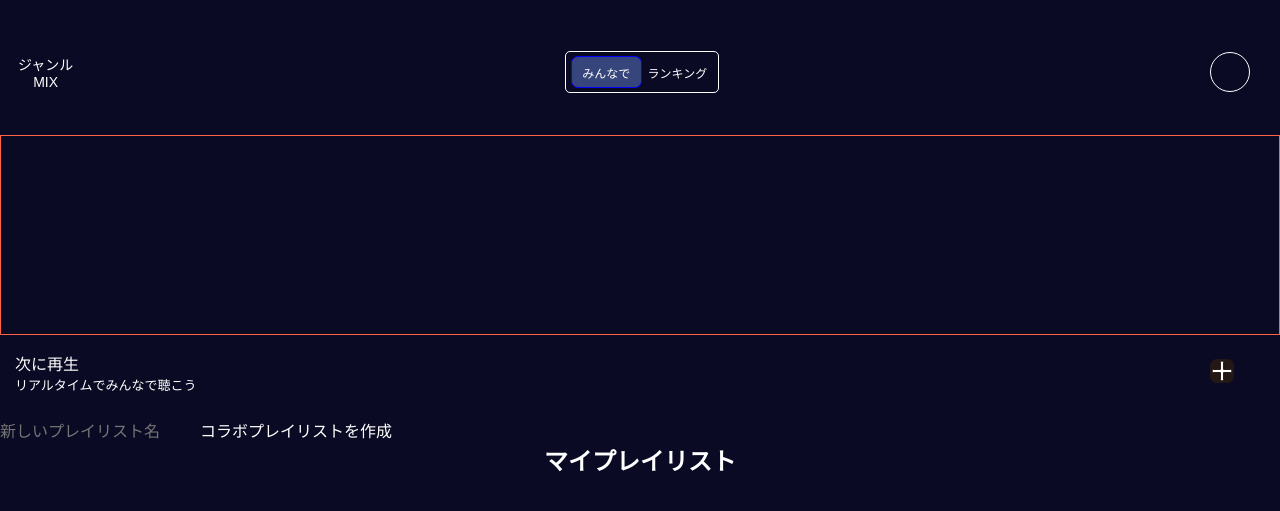
Repository: FujieRyou/2024_team
Page: /LoggedIn
The author's editor kept a copy of each file at every save. The page is drawn from the files as they stood at one save, then again after the next save.
The browser window is 1280 px wide. The pictures show the whole page.
The project was rebuilt for these pictures with package versions that can differ from the ones it lists, and the page was loaded fresh each time. The framework's server and built-in components were replaced by stand-ins that run in the browser. Also part of the build but not shown: next.config.js.

Above is the page before, as saved 2024-01-16 16:31:04.

### src/pages/_app.jsx
import "@/styles/ress.css"
import '@/styles/index.css'

export default function App({ Component, pageProps }) {
  return <Component {...pageProps} />
}

### src/pages/LoggedIn.jsx
import React, { useState,useEffect } from 'react';
import {getPlaylists , createCollaboPlaylist} from "./spotify"

function LoggedIn ({token}){
    const [playlists, setPlaylists] = useState([]);
    const [newPlaylistName, setNewPlaylistName] = useState('');
    const [userId, setUserId] = useState(null);
    useEffect(() => {
        if (token) {
            // ユーザーIDを取得
            getCurrentUserId(token).then(setUserId);
            // プレイリストを取得
            getPlaylists(token).then(data => setPlaylists(data.items));
        }
    }, [token]);

    const handleCreatePlaylist = async () => {
        if (!newPlaylistName || !userId) return;
        const newPlaylist = await createCollaboPlaylist(token, userId, newPlaylistName);
        setPlaylists([...playlists, newPlaylist]);
        setNewPlaylistName('');
    };

    return(
    <div id="container_wrap">
        <header>
            <div><p className='genre_wrap'>ジャンル<br/>MIX</p></div>
            <div className="switchingBtn">
                <div className="everyone">みんなで</div>
                <div className="ranking">ランキング</div>
            </div>
            <div className='myPageIcon'>
                <a href="">
                    <img src="" alt="" />
                </a>
            </div>
        </header>
        <div id="main_img">
            <div className="scrollContent">
                <div className="scrollWrap">
                </div>
            </div>

        </div>
        <div id="maincontent_wrap">
            <div id="addition_wrap">
                    <p className='addition'>次に再生<br/><span>リアルタイムでみんなで聴こう</span></p>
                    <a href="">
                        <img src="./img/plusBtn.svg" alt="" />
                    </a>
            </div>
            <div>
                <input type="text" value={newPlaylistName} onChange={(e) => setNewPlaylistName(e.target.value)} placeholder="新しいプレイリスト名" />
                <button onClick={handleCreatePlaylist}>コラボプレイリストを作成</button>
            </div>
            <div id="playlist_wrap">
                <h2>マイプレイリスト</h2>
                <ul>
                    {playlists.map(playlist => (
                        <li key={playlist.id}>
                        <div>{playlist.name}</div>
                        {/* プレイリスト編集機能をここに追加 */}
                        </li>
                    ))}
                </ul>
            </div>
            {/* <div id="songContent_wrap">
                <p className="song_num">1</p>
                <div id="song_wrap">
                    <div className="song_img">
                    </div>
                    <div id="singer_wrap">
                        <p className="songtitle">higher</p>
                        <p className="singer">¥ellow Bucks</p>
                    </div>
                </div>
                <div className='contributor'>
                    <img src="" alt="" />
                    <p>ナナシ</p>
                </div>
                <img src="./img/detailBtn.svg" alt="" />
            </div> */}
        </div>
    </div>
    )
}

export default LoggedIn;

### src/styles/ress.css
/*!
 * ress.css • v4.0.0
 * MIT License
 * github.com/filipelinhares/ress
 */

/* # =================================================================
   # Global selectors
   # ================================================================= */

   html {
    box-sizing: border-box;
    -webkit-text-size-adjust: 100%; /* Prevent adjustments of font size after orientation changes in iOS */
    word-break: normal;
    -moz-tab-size: 4;
    tab-size: 4;
  }

  *,
  ::before,
  ::after {
    background-repeat: no-repeat; /* Set `background-repeat: no-repeat` to all elements and pseudo elements */
    box-sizing: inherit;
  }

  ::before,
  ::after {
    text-decoration: inherit; /* Inherit text-decoration and vertical align to ::before and ::after pseudo elements */
    vertical-align: inherit;
  }

  * {
    padding: 0; /* Reset `padding` and `margin` of all elements */
    margin: 0;
  }

  /* # =================================================================
     # General elements
     # ================================================================= */

  hr {
    overflow: visible; /* Show the overflow in Edge and IE */
    height: 0; /* Add the correct box sizing in Firefox */
    color: inherit; /* Correct border color in Firefox. */
  }

  details,
  main {
    display: block; /* Render the `main` element consistently in IE. */
  }

  summary {
    display: list-item; /* Add the correct display in all browsers */
  }

  small {
    font-size: 80%; /* Set font-size to 80% in `small` elements */
  }

  [hidden] {
    display: none; /* Add the correct display in IE */
  }

  abbr[title] {
    border-bottom: none; /* Remove the bottom border in Chrome 57 */
    /* Add the correct text decoration in Chrome, Edge, IE, Opera, and Safari */
    text-decoration: underline;
    text-decoration: underline dotted;
  }

  a {
    background-color: transparent; /* Remove the gray background on active links in IE 10 */
  }

  a:active,
  a:hover {
    outline-width: 0; /* Remove the outline when hovering in all browsers */
  }

  code,
  kbd,
  pre,
  samp {
    font-family: monospace, monospace; /* Specify the font family of code elements */
  }

  pre {
    font-size: 1em; /* Correct the odd `em` font sizing in all browsers */
  }

  b,
  strong {
    font-weight: bolder; /* Add the correct font weight in Chrome, Edge, and Safari */
  }

  /* https://gist.github.com/unruthless/413930 */
  sub,
  sup {
    font-size: 75%;
    line-height: 0;
    position: relative;
    vertical-align: baseline;
  }

  sub {
    bottom: -0.25em;
  }

  sup {
    top: -0.5em;
  }

  table {
    border-color: inherit; /* Correct border color in all Chrome, Edge, and Safari. */
    text-indent: 0; /* Remove text indentation in Chrome, Edge, and Safari */
  }

  /* # =================================================================
     # Forms
     # ================================================================= */

  input {
    border-radius: 0;
  }

  /* Replace pointer cursor in disabled elements */
  [disabled] {
    cursor: default;
  }

  [type='number']::-webkit-inner-spin-button,
  [type='number']::-webkit-outer-spin-button {
    height: auto; /* Correct the cursor style of increment and decrement buttons in Chrome */
  }

  [type='search'] {
    -webkit-appearance: textfield; /* Correct the odd appearance in Chrome and Safari */
    outline-offset: -2px; /* Correct the outline style in Safari */
  }

  [type='search']::-webkit-search-decoration {
    -webkit-appearance: none; /* Remove the inner padding in Chrome and Safari on macOS */
  }

  textarea {
    overflow: auto; /* Internet Explorer 11+ */
    resize: vertical; /* Specify textarea resizability */
  }

  button,
  input,
  optgroup,
  select,
  textarea {
    font: inherit; /* Specify font inheritance of form elements */
  }

  optgroup {
    font-weight: bold; /* Restore the font weight unset by the previous rule */
  }

  button {
    overflow: visible; /* Address `overflow` set to `hidden` in IE 8/9/10/11 */
  }

  button,
  select {
    text-transform: none; /* Firefox 40+, Internet Explorer 11- */
  }

  /* Apply cursor pointer to button elements */
  button,
  [type='button'],
  [type='reset'],
  [type='submit'],
  [role='button'] {
    cursor: pointer;
    color: inherit;
  }

  /* Remove inner padding and border in Firefox 4+ */
  button::-moz-focus-inner,
  [type='button']::-moz-focus-inner,
  [type='reset']::-moz-focus-inner,
  [type='submit']::-moz-focus-inner {
    border-style: none;
    padding: 0;
  }

  /* Replace focus style removed in the border reset above */
  button:-moz-focusring,
  [type='button']::-moz-focus-inner,
  [type='reset']::-moz-focus-inner,
  [type='submit']::-moz-focus-inner {
    outline: 1px dotted ButtonText;
  }

  button,
  html [type='button'], /* Prevent a WebKit bug where (2) destroys native `audio` and `video`controls in Android 4 */
  [type='reset'],
  [type='submit'] {
    -webkit-appearance: button; /* Correct the inability to style clickable types in iOS */
  }

  /* Remove the default button styling in all browsers */
  button,
  input,
  select,
  textarea {
    background-color: transparent;
    border-style: none;
  }

  a:focus,
  button:focus,
  input:focus,
  select:focus,
  textarea:focus {
    outline-width: 0;
  }

  /* Style select like a standard input */
  select {
    -moz-appearance: none; /* Firefox 36+ */
    -webkit-appearance: none; /* Chrome 41+ */
  }

  select::-ms-expand {
    display: none; /* Internet Explorer 11+ */
  }

  select::-ms-value {
    color: currentColor; /* Internet Explorer 11+ */
  }

  legend {
    border: 0; /* Correct `color` not being inherited in IE 8/9/10/11 */
    color: inherit; /* Correct the color inheritance from `fieldset` elements in IE */
    display: table; /* Correct the text wrapping in Edge and IE */
    max-width: 100%; /* Correct the text wrapping in Edge and IE */
    white-space: normal; /* Correct the text wrapping in Edge and IE */
    max-width: 100%; /* Correct the text wrapping in Edge 18- and IE */
  }

  ::-webkit-file-upload-button {
    /* Correct the inability to style clickable types in iOS and Safari */
    -webkit-appearance: button;
    color: inherit;
    font: inherit; /* Change font properties to `inherit` in Chrome and Safari */
  }

  /* # =================================================================
     # Specify media element style
     # ================================================================= */

  img {
    border-style: none; /* Remove border when inside `a` element in IE 8/9/10 */
  }

  /* Add the correct vertical alignment in Chrome, Firefox, and Opera */
  progress {
    vertical-align: baseline;
  }

  /* # =================================================================
     # Accessibility
     # ================================================================= */

  /* Specify the progress cursor of updating elements */
  [aria-busy='true'] {
    cursor: progress;
  }

  /* Specify the pointer cursor of trigger elements */
  [aria-controls] {
    cursor: pointer;
  }

  /* Specify the unstyled cursor of disabled, not-editable, or otherwise inoperable elements */
  [aria-disabled='true'] {
    cursor: default;
  }

### src/styles/index.css
html,body{
    width: 100vw;
    height: 100vh;
    background-color: #0A0A24;
    color: #fff;
}

nav{
    width: 100%;
    height: 81px;
    display: flex;
    justify-content: space-around;
    position: fixed;
    bottom: 0px;
    background-color: #0A0A24;
    border-top: solid 1px #8E8E8E;
}

.iconWrap{
    display: flex;
    flex-direction: column;
    align-items: center;
    justify-content: center;
}

.iconWrap a{
    display: flex;
    flex-direction: column;
    align-items: center;
    justify-content: center;
    text-decoration: none;
}

.iconWrap p{
    font-size: 10px;
    margin-top: 4px;
    color: #fff;
}

.loginWrap{
    width: 100vw;
    height: 100vh;
    padding-top: 200px;
}

.indexWrap{
    width: 100%;
    height: 100%;
}

/* h2{
    font-size: 64px;
    text-align: center;
    font-family: sans-serif;
    padding-top: 30px;
} */

.appName{
    font-size: 64px;
    text-align: center;
    font-family: sans-serif;
    padding-top: 30px;
    margin-top: 30px;
    color: #fff;
}

.signBtnWrap{
    width: 100%;
    height: auto;
}

.signBtn{
    display: flex;
    align-items: center;
    justify-content: center;
    width: 200px;
    height: 54px;
    border-radius: 30px;
    background-color: rgb(65, 243, 65);
    font-size: 16px;
    /* box-shadow: 3px 1px 3px 1px rgb(235, 235, 235); */
    margin: 0 auto;
    margin-top: 280px;
    color: #000;
    text-decoration: none;
}

.logoBox{
    width: 64px;
    height: 64px;
    background-color: gray;
    color: #fff;
    margin: 0 auto;
    display: flex;
    justify-content: center;
    align-items: center;
}

h2{
    text-align: center;
}

.searchWrap{
    margin-top: 69px;
    margin-bottom: 11px;
    padding: 0px 13px;
}

.searchTxt{
    width: 100%;
    height: 40px;
    border: solid 1px #000;
    background-color: #28376C;
    color: #fff;
    padding: 7px 18px;
    border-radius: 13px;

}

.searchBtn{
    width: 64px;
    height: 32px;
    background-color: aquamarine;
}

.searchResults{
    display: flex;
    gap: 8px;
    width: 100%;
    height: 88px;
    padding: 8px;
    overflow: hidden;
}

.searchResultsImg{
    width: 80px;
    height: 80px;
}

.searchResultsTxt p{
    width: 288px;
    font-size: 14px;
}

.genreWrap{
    padding: 0px 21px;
}

.genreWrap p{
    padding-left: 74px;
    margin-bottom: 12px;
}

.genruBtnWrap{
    display: flex;
    flex-wrap: wrap;
    padding: 0px 8px;
    gap: 16px 12px;
    margin: 0 auto;
}

.genruBtnWrap > button{
    width: 172px;
    height: 86px;
    background-color: #F42C2C;
    border-radius: 10px;
}

header{
    display: flex;
    align-items: center;
    justify-content: space-between;
    padding: 51px 30px 42px 18px;
}

.genre_wrap{
    color: #fff;
    font-size: 14px;
    text-align: center;
    font-family: 'Noto Sans JP', sans-serif;
}

/* MIX */
#mix_wrap{
    font-size: 25px;
    font-family:Impact, Haettenschweiler, 'Arial Narrow Bold', sans-serif;
    margin-left: 25px;
}

/*genre btn*/
.switchingBtn{
    display: flex;
    justify-content: center;
    align-items: center;
    width: 154px;
    height: 42px;
    border: solid 1px #fff;
    border-radius: 5px;
    text-align: center;
    padding: 0px 5px;
}

.everyone{
    width: 80%;
    height: 80%;
    display: flex;
    align-items: center;
    justify-content: center;
    border: solid 1px #0500FF;
    border-radius: 7px;
    background-color: #36457B;
    font-size: 12px;
    font-family:  'Noto Sans JP', sans-serif;
}

.ranking{
    width: 80%;
    height: 80%;
    display: flex;
    align-items: center;
    justify-content: center;
    border-radius: 7px;
    font-size: 12px;
    font-family:  'Noto Sans JP', sans-serif;;
}

.myPageIcon{
    width: 40px;
    height: 40px;
    border-radius: 20px;
    border: solid 1px #fff;
}


/*main*/
#main_img{
    width: 100%;
    height: 200px;
    border: solid 1px tomato;
    margin: 0 auto;

}

/*見出し*/
#addition_wrap{
    width: 100%;
    margin-top: 16px;
    margin-bottom: 24px;
    padding: 0px 46px 0px 15px;
    display: flex;
    align-items: center;
    justify-content: space-between;
}
.addition{
    font-size: 16px;
    font-family:  'Noto Sans JP', sans-serif;
}
.addition > span{
    font-size: 13px;
}
.dli-plus {
    display: inline-block;
    vertical-align: middle;
    justify-content: center;
    color: #fff;
    line-height: 20px;
    width: 1.5rem;
    height:0.15rem;
    background: #efefef;
    border-radius: 1rem;
    position: relative;
    top:24px;
    left:10px;
}

.dli-plus::before {
    content: '';
    position: absolute;
    top: 0;
    left: 0;
    width: 100%;
    height: 100%;
    background: inherit;
    border-radius: inherit;
    transform: rotate(90deg);

}
#addition_wrap{
    display: flex;
}
#addition_wrap  .back{
    display: block;
    background: #231815;
    width: 35px;
    height:35px;
    border-radius: 25%;
    margin-right: 50px;
}
.addition-text{
    font-size: 30px;
    font-family:'Noto Sans JP', sans-serif;

}

/*music list*/
#songContent_wrap{
    display: flex;
    width: 100%;
    justify-content: space-between;
    align-items: center;
    margin-bottom: 15px;
    padding: 0px 32px 0px 22px;
}

.song_num{
    font-size: 20px;
}

#song_wrap{
    display: flex;
    justify-content: center;
    align-items: center;
    gap: 10px;
}


.song_img{
    border: solid 1px skyblue;
    width: 70px;
    height: 70px;
}

.songtitle{
    font-size: 16px;
}
.singer{
    font-size: 14px;
}

.contributor{
    display: flex;
}
.contributor > img{
    width: 17px;
    height: 17px;
    border-radius: 20px;
    margin-right: 6px;
}
.contributor > p{
    font-size: 11px;
}

.button_wrap{
    display: flex;
    flex-direction: column;
}
.button{
    width: 20px;
    height: 20px;
    border-radius: 50%;
    background-color: #d9d9d9;
    display: flex;
    justify-content: center;
}

.button p{
    display: flex;
    justify-content: center;
    align-items: center;
    text-align: center;
    gap: 3px;
}

.button p span{
    width: 3px;
    height: 3px;
    border-radius: 50%;
    background-color: #000;

}

### src/pages/spotify.jsx
export const  authEndpoint = "https://accounts.spotify.com/authorize";

const redirectUri = "http://localhost:3000";

const clientId = "0a3e36eee74549849ad025c8cf1c4a2e";

const scopes = [
    "user-read-currently-playing",
    "user-read-recently-played",
    "user-read-playback-state",
    "user-top-read",
    "user-modify-playback-state",
    "playlist-read-private",
    "app-remote-control",
    "streaming",
    "playlist-read-collaborative",
];

export const getTokenFromUrl = () =>{
    return window.location.hash
    .substring(1)
    .split("&")
    .reduce((initial, item)=>{
        let parts = item.split("=")
        initial[parts[0]] = decodeURIComponent(parts[1])
        return initial
    },{})
}

export const accessUrl = `${authEndpoint}?client_id=${clientId}&redirect_uri=${redirectUri}&scope=${scopes}&response_type=token&show_dialog=true`

export const getPlaylists = async (token) => {
    const response = await fetch(`https://api.spotify.com/v1/users/${userId}/playlists`, {
    headers: {
        'Authorization': `Bearer ${token}`
    }
    });
    return response.json();
};

export const createCollaboPlaylist = async(token, userId, name) =>{
    const response = await fetch(`https://api.spotify.com/v1/users/${userId}/playlists`,{
        method: 'POST',
        headers: {
            'Authorization': `Bearer ${token}`,
            'Content-Type': 'application/json'
        },
        body:JSON.stringify({
            name: name,
            pulic: false,
            collaborative: true
        })
    });
    return response.json();
}

export const searchTracks = async (token, query) => {
    try {
        const response = await fetch(`https://api.spotify.com/v1/search?q=${query}&type=track`, {
        method: 'GET',
        headers: {
            'Authorization': `Bearer ${token}`,
            'Content-Type': 'application/json',
        },
    });
    if (response.ok) {
        const data = await response.json();
        return data.tracks.items; // 曲のリストを返す
    } else {
        throw new Error('Failed to fetch tracks');
    }
    } catch (error) {
        console.error('Error searching tracks:', error);
        throw error;
    }
};

Loaded but not shown: src/pages/_document.jsx (common file)

After the next save:
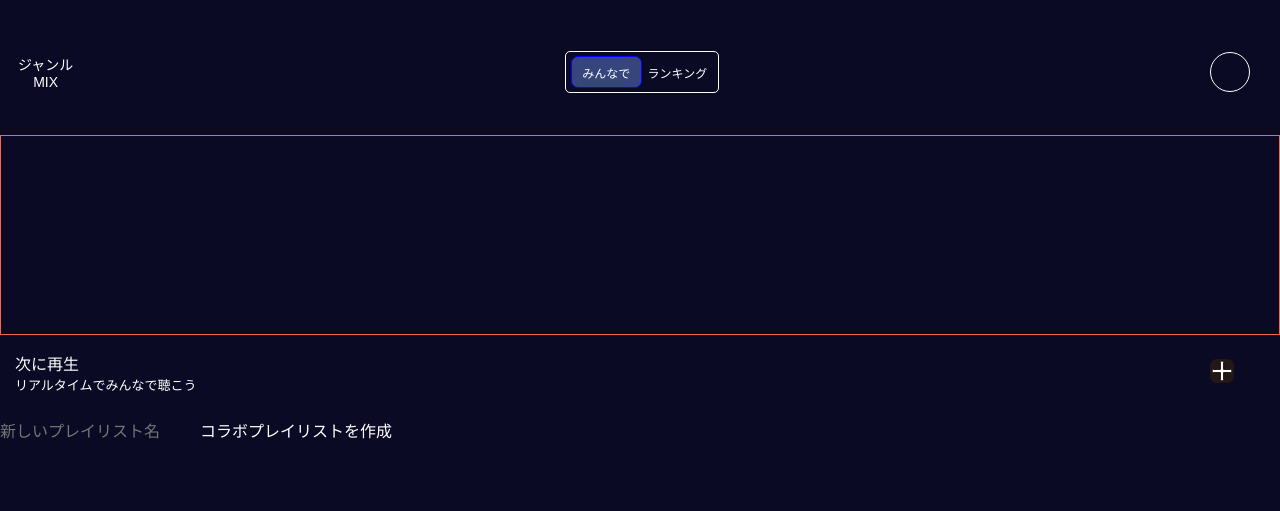
Saved 47 min 2 s later.
--- a/src/pages/LoggedIn.jsx
+++ b/src/pages/LoggedIn.jsx
@@ -54,7 +54,6 @@
                 <button onClick={handleCreatePlaylist}>コラボプレイリストを作成</button>
             </div>
             <div id="playlist_wrap">
-                <h2>マイプレイリスト</h2>
                 <ul>
                     {playlists.map(playlist => (
                         <li key={playlist.id}>

After the save that followed:
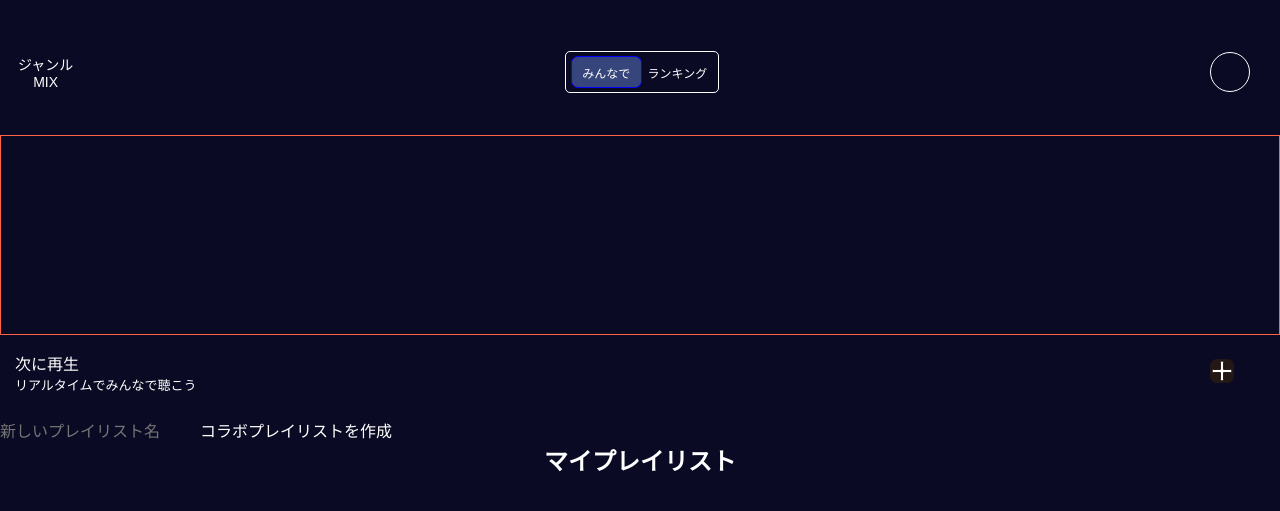
Saved 4 min 1 s later.
--- a/src/pages/LoggedIn.jsx
+++ b/src/pages/LoggedIn.jsx
@@ -54,6 +54,7 @@
                 <button onClick={handleCreatePlaylist}>コラボプレイリストを作成</button>
             </div>
             <div id="playlist_wrap">
+                <h2>マイプレイリスト</h2>
                 <ul>
                     {playlists.map(playlist => (
                         <li key={playlist.id}>
